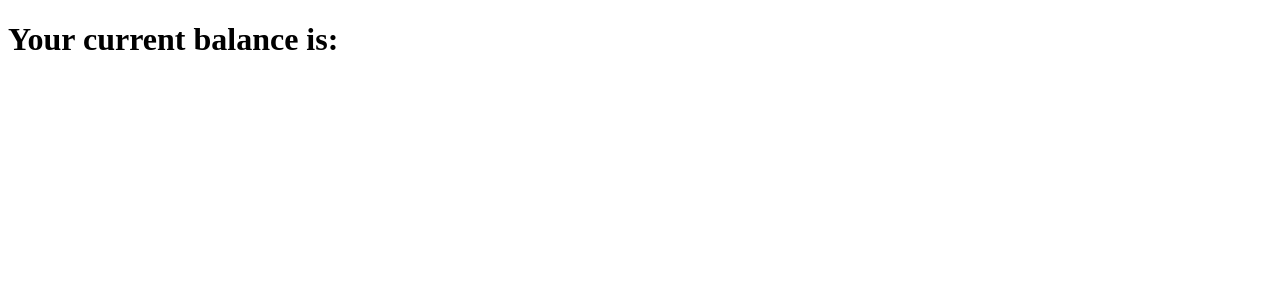
Repository: laikrish/day10
Page: http://localhost/BankApp/balanceenquiry.jsp
The author's editor kept a copy of each file at every save. The page is drawn from the files as they stood at one save, then again after the next save.
The browser window is 1280 px wide. The pictures show the whole page.
The page is served by Tomcat 9. Other server files are loaded and not shown.

Above is the page before, as saved 2018-09-14 11:04:27.

### BankApp/WebContent/balanceenquiry.jsp
<%@ page language="java" contentType="text/html; charset=ISO-8859-1"
    pageEncoding="ISO-8859-1"%>
<!DOCTYPE html>
<html>
<head>
<meta charset="ISO-8859-1">
<title>Check Balance</title>
</head>
<body bg color="pink">
 <h1>Your current balance is: ${sessionScope.Customer.bankAccount.balance}</h1>

</body>
</html>

After the next save:
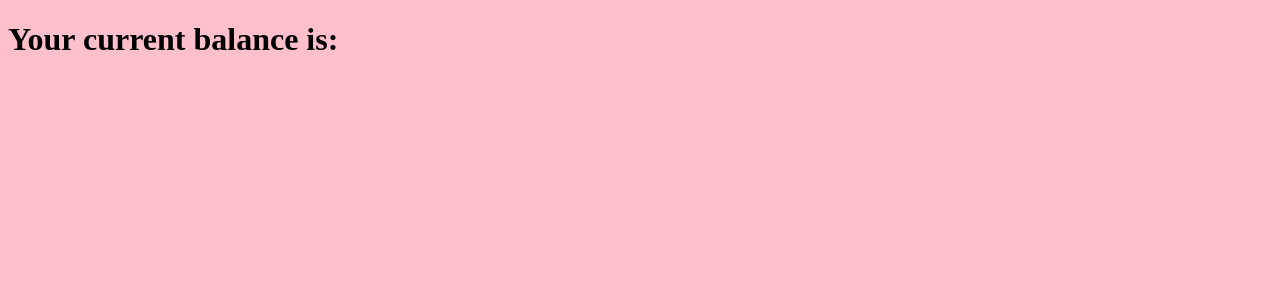
Saved 30 min 6 s later.
--- a/BankApp/WebContent/balanceenquiry.jsp
+++ b/BankApp/WebContent/balanceenquiry.jsp
@@ -6,7 +6,7 @@
 <meta charset="ISO-8859-1">
 <title>Check Balance</title>
 </head>
-<body bg color="pink">
+<body bgcolor="pink">
  <h1>Your current balance is: ${sessionScope.Customer.bankAccount.balance}</h1>
 
 </body>
